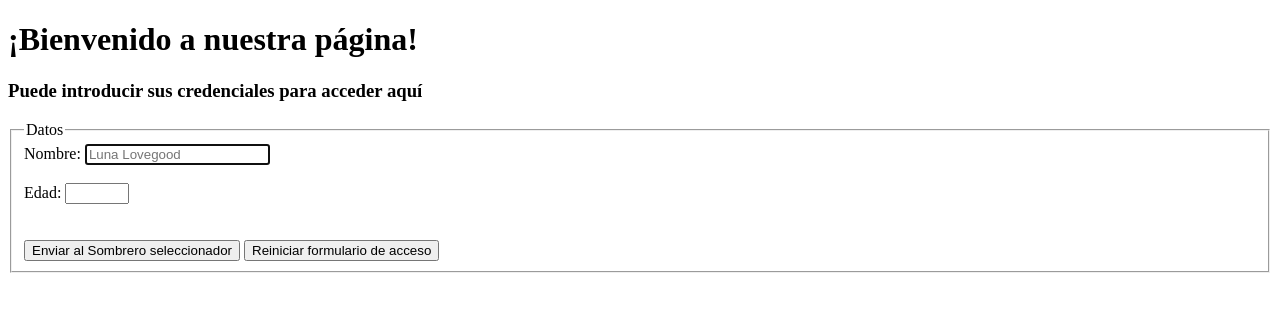
Repository: Pablosky971/Ejercicio-4.-Proyecto-Web
Page: Ejercicio5Servlet/src/main/webapp/formularioLogin.html
An editor plug-in stored every save of this project. The page is shown before and after a run of saves, followed by the edit.
The browser window is 1280 px wide. The pictures show the whole page.

Above is the page before, as saved 2022-03-10 12:16:40.

### Ejercicio5Servlet/src/main/webapp/formularioLogin.html
<!DOCTYPE html>
<html>
<head>
<meta charset="UTF-8">
<title>Login</title>
</head>
<body>

	<h1>¡Bienvenido a nuestra página!</h1>

	<h3>Puede introducir sus credenciales para acceder aquí</h3>
	<main>
    <form action="formulario_exito.html" method="get">

        <fieldset><legend>Datos</legend>

            <label for="nombre">Nombre: </label>

            <input id="nombre" type="text" name="nombre" placeholder="Luna Lovegood" required autofocus/>
            <br />
            <br />
            <label for="edad">Edad: </label>
            <input id="edad" type="number" name="edad" min="12" max="100" step="1" requiered/>
            <br/>
            <br />

            <br/>
            <input class="submit" type="submit" value="Enviar al Sombrero seleccionador" />

            <input class="reset" type="reset" value="Reiniciar formulario de acceso" />
        </fieldset>
    </form>
</main>

</body>
</html>

After the next 2 saves:
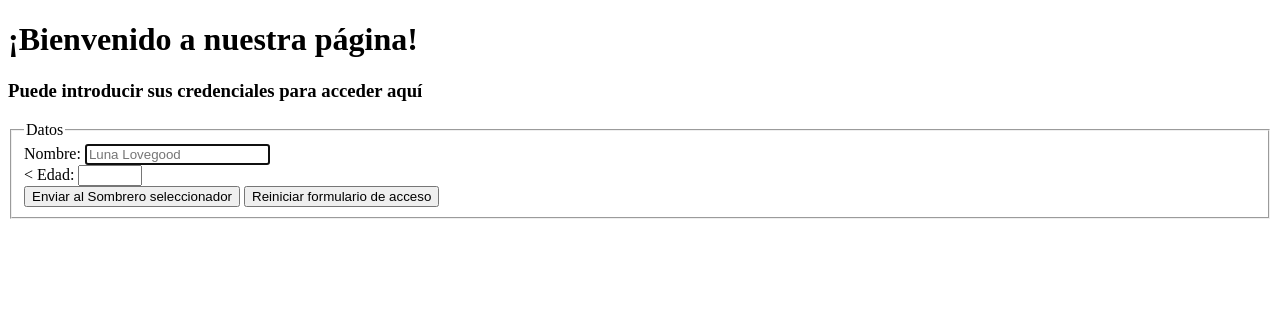
The 2 saves are shown as one change because they came seconds apart.
The last was saved 9 s later.
--- a/Ejercicio5Servlet/src/main/webapp/formularioLogin.html
+++ b/Ejercicio5Servlet/src/main/webapp/formularioLogin.html
@@ -18,13 +18,11 @@
 
             <input id="nombre" type="text" name="nombre" placeholder="Luna Lovegood" required autofocus/>
             <br />
-            <br />
+            <
             <label for="edad">Edad: </label>
             <input id="edad" type="number" name="edad" min="12" max="100" step="1" requiered/>
             <br/>
-            <br />
 
-            <br/>
             <input class="submit" type="submit" value="Enviar al Sombrero seleccionador" />
 
             <input class="reset" type="reset" value="Reiniciar formulario de acceso" />
